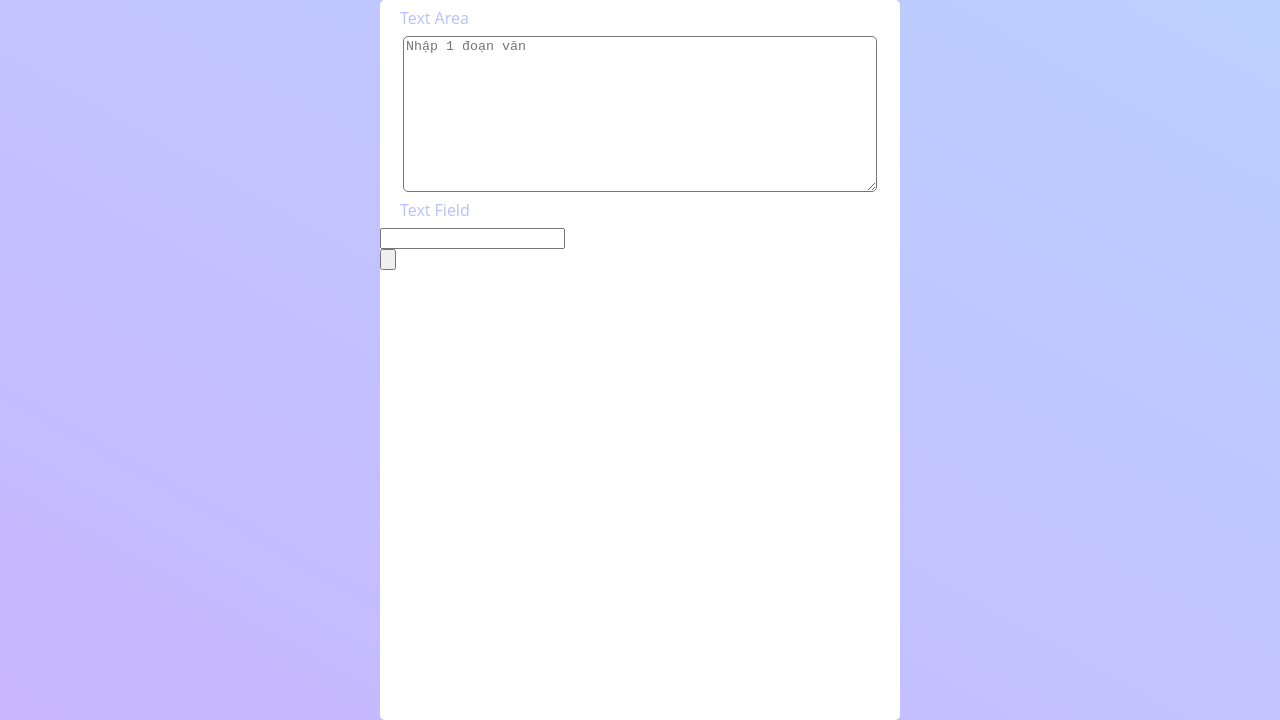
Repository: letrongtinh27/LapTrinhWeb
Page: Lab4.4/index.html
These files come from the project's save history. The page is drawn as it stood at one moment and after the next save; the edit follows.
The browser window is 1280 px wide. The pictures show the whole page.

Above is the page before, as saved 2022-10-14 19:51:09.

After the next save:
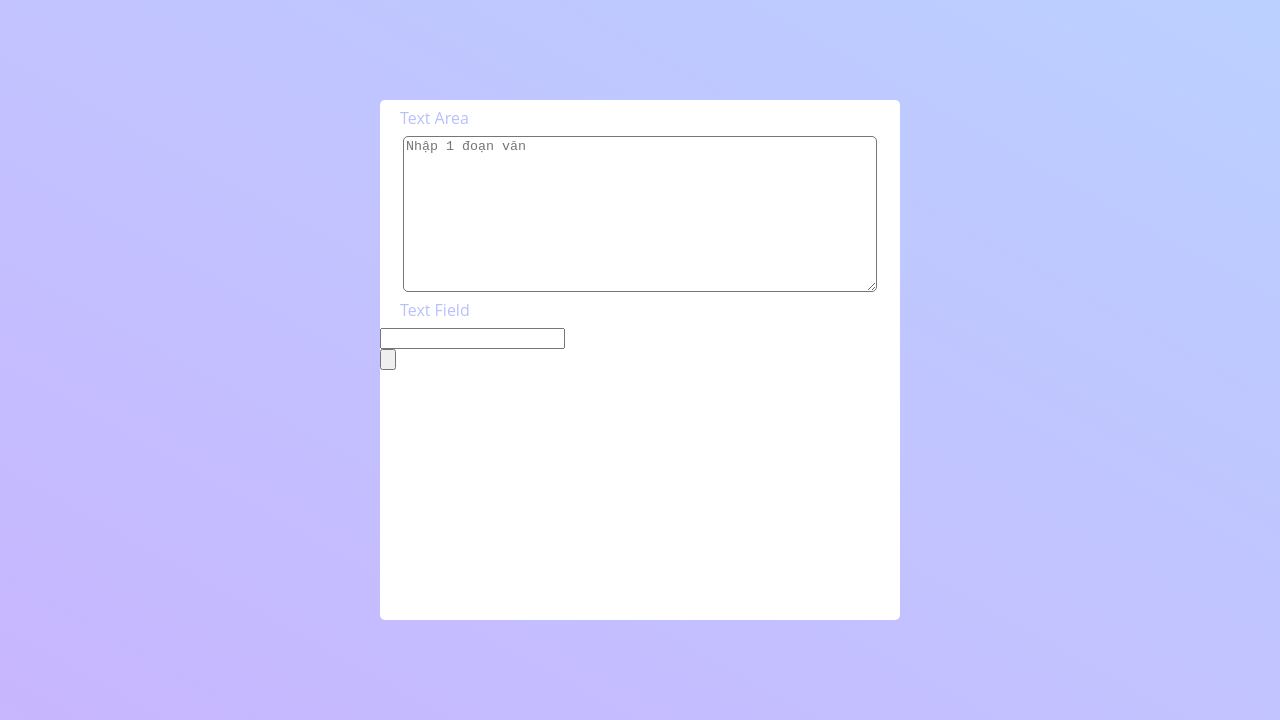
Saved 12 s later.
--- a/Lab4.4/style.css
+++ b/Lab4.4/style.css
@@ -12,6 +12,7 @@ body {
     width: 100%;
     max-width: 520px;
     height: 100%;
+    max-height: 520px;
     background-color: #fff  ;
     border-radius: 5px;
 
